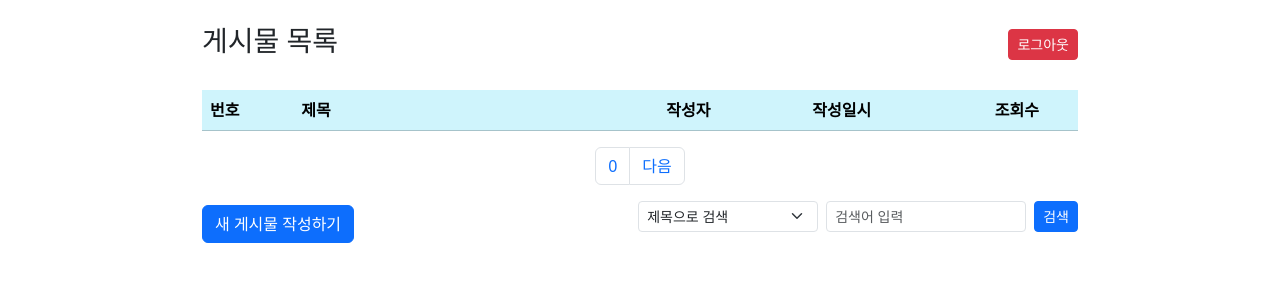
Repository: LHH-commits/SpringBoot_simple_board
Page: http://localhost/lcomputerstudy/WEB-INF/views/list.jsp
An editor plug-in stored every save of this project. The page is shown before and after the next save, followed by the edit.
The browser window is 1280 px wide. The pictures show the whole page.
The page is served by Tomcat 9. Nobody is signed in. Other server files are loaded and not shown. The template is opened directly, without the code that normally fills it, so the values that code supplies are empty.

Above is the page before, as saved 2024-09-23 02:06:09.

### lcomputerstudy/src/main/webapp/WEB-INF/views/list.jsp
<%@ page language="java" contentType="text/html; charset=UTF-8" pageEncoding="UTF-8"%>
<%@ taglib prefix="c" uri="http://java.sun.com/jsp/jstl/core"%>

<!DOCTYPE html>
<html>
<head>
<meta charset="UTF-8">
<title>게시물 목록</title>
<script src="https://ajax.googleapis.com/ajax/libs/jquery/1.12.4/jquery.min.js"></script>
<link href="https://cdn.jsdelivr.net/npm/bootstrap@5.3.3/dist/css/bootstrap.min.css" rel="stylesheet" integrity="sha384-QWTKZyjpPEjISv5WaRU9OFeRpok6YctnYmDr5pNlyT2bRjXh0JMhjY6hW+ALEwIH" crossorigin="anonymous">
<script src="https://cdn.jsdelivr.net/npm/bootstrap@5.3.3/dist/js/bootstrap.bundle.min.js" integrity="sha384-YvpcrYf0tY3lHB60NNkmXc5s9fDVZLESaAA55NDzOxhy9GkcIdslK1eN7N6jIeHz" crossorigin="anonymous"></script>
<style>
	.table-fixed {
		table-layout: fixed;
		width: 100%;
	}
	.table-fixed th {
		overflow: hidden;
		text-overflow: ellipsis;
	}
</style>
<script>
    function goToList() {
        window.location.href = "/list"; // 전체 리스트로 이동
    }
</script>
</head>
<body>
    <div class="container-md mt-4" style="max-width:900px">
    	<div class="d-flex justify-content-between align-items-center mb-4">
    		<h1 class="h3" onclick="goToList()" style="cursor: pointer;">게시물 목록</h1>
    		<a href="/logout" class="btn btn-danger btn-sm">로그아웃</a>
    	</div>

    <table class="table table-hover table-fixed">
        <thead class="table-info">
            <tr>
                <th style="width: 5%">번호</th>
                <th style="width: 20%">제목</th>
                <th style="width: 8%">작성자</th>
                <th style="width: 10%">작성일시</th>
                <th style="width: 5%">조회수</th>
            </tr>
        </thead>
        <tbody>
            <c:forEach var="item" items="${list}">
                <tr>
                    <td>${item.bId}</td>
                    <td><a href="/detailBoard?bId=${item.bId}&page=${pagination.page}&searchOption=${searchparam.searchOption}&searchKeyword=${searchparam.searchKeyword}"
                    class="text-decoration-none">${item.bTitle}</a></td>
                    <td>${item.bWriter}</td>
                    <td>${item.bDateTime}</td>
                    <td>${item.bViews}</td>
                </tr>
            </c:forEach>
        </tbody>
    </table>
    <nav>
		<ul class="pagination justify-content-center">
		    <c:if test="${pagination.prevPage > 0}">
		    	<li class="page-item">
		        	<a class="page-link" href="/list?page=${pagination.prevPage}&searchOption=${searchparam.searchOption}&searchKeyword=${searchparam.searchKeyword}">이전</a>
		    </c:if>
		    <c:forEach var="i" begin="${pagination.startPage}" end="${pagination.endPage}">
		    	<li class="page-item ${i == pagination.page ? 'active' : ''}">
		        	<a class="page-link" href="/list?page=${i}&searchOption=${searchparam.searchOption}&searchKeyword=${searchparam.searchKeyword}">${i}</a>
		        </li>
		    </c:forEach>
		    <c:if test="${pagination.nextPage <= pagination.lastPage}">
		    	<li class="page-item">
		        	<a class="page-link" href="/list?page=${pagination.nextPage}&searchOption=${searchparam.searchOption}&searchKeyword=${searchparam.searchKeyword}">다음</a>
		    	</li>
		    </c:if>
		</ul>
	</nav>
		<div class="d-flex justify-content-between align-items-center mb-4">
	        <a href="/insertBoard" class="btn btn-primary btn-md">새 게시물 작성하기</a>
	        <form action="/list" method="get" class="d-flex mb-3">
			    <select name="searchOption" class="form-select form-select-sm me-2" style="width:180px">
			        <option value="title" ${searchparam.searchOption == 'title' ? 'selected' : ''}>제목으로 검색</option>
			        <option value="content" ${searchparam.searchOption == 'content' ? 'selected' : ''}>내용으로 검색</option>
			        <option value="titleContent" ${searchparam.searchOption == 'titleContent' ? 'selected' : ''}>제목+내용으로 검색</option>
			    </select>
		    	<input type="text" name="searchKeyword" class="form-control form-control-sm me-2" style="width:200px" value="${searchparam.searchKeyword != null ? searchparam.searchKeyword : ''}" placeholder="검색어 입력">
		   		<button type="submit" class="btn btn-primary btn-sm">검색</button>
			</form>
		</div>
    </div>
</body>
</html>

After the next save:
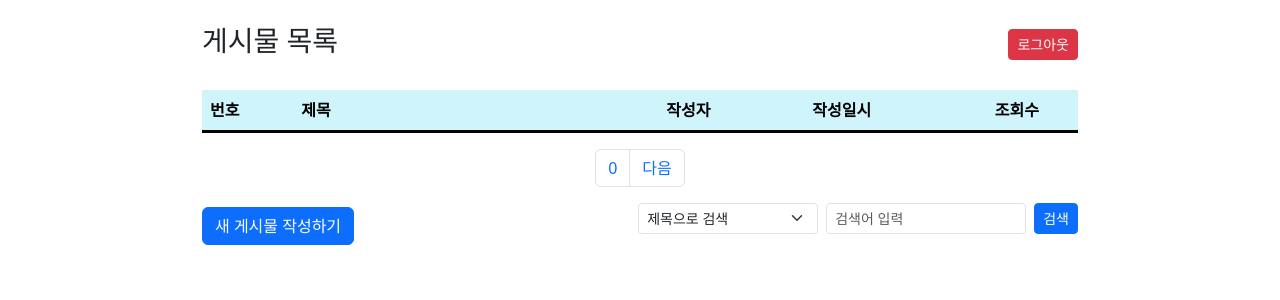
Saved 3 min 5 s later.
--- a/lcomputerstudy/src/main/webapp/WEB-INF/views/list.jsp
+++ b/lcomputerstudy/src/main/webapp/WEB-INF/views/list.jsp
@@ -17,6 +17,9 @@
 	.table-fixed th {
 		overflow: hidden;
 		text-overflow: ellipsis;
+	}
+	.table-info {
+		border-bottom: 3px solid;
 	}
 </style>
 <script>
